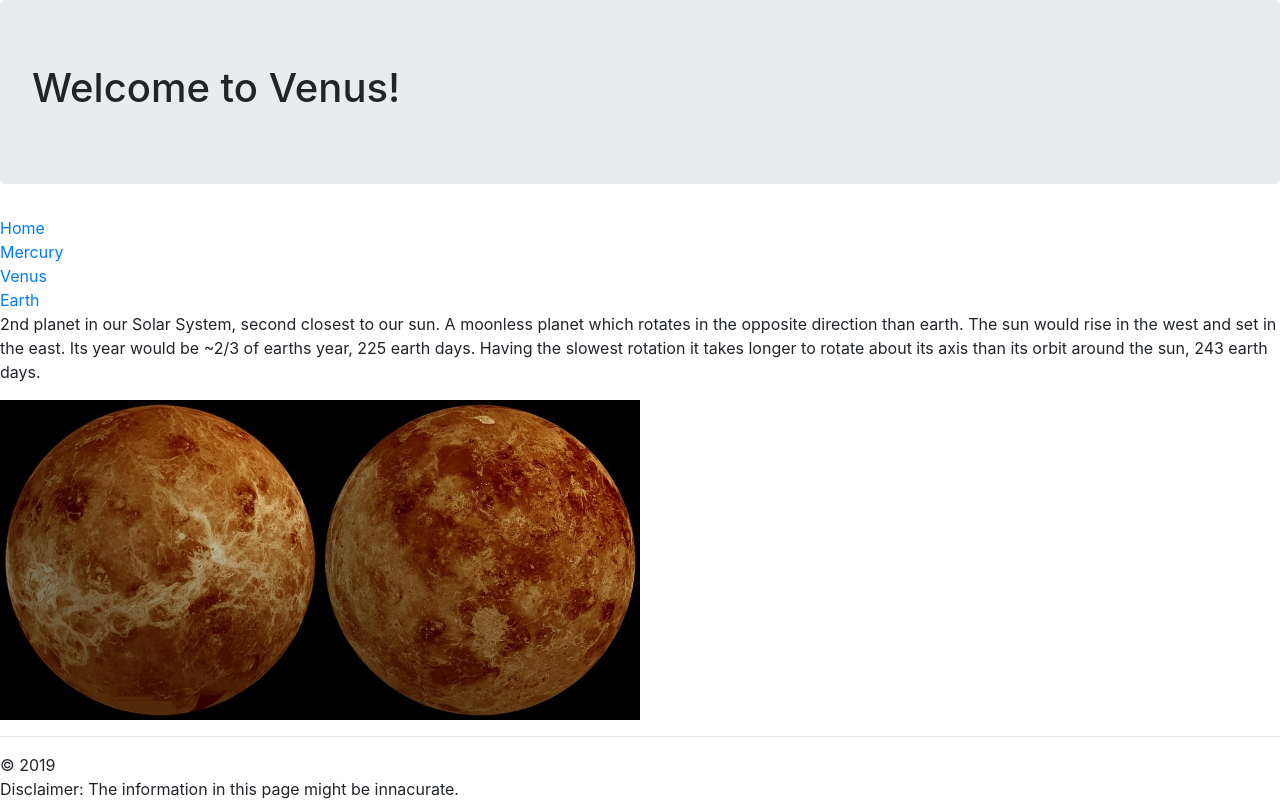
Repository: Voraphi/cst336-solar-systems
Page: http://localhost/venus
The author's editor kept a record of every edit. The page is drawn from the files as they stood at one moment, then again after the next edit.
The browser window is 1280 px wide. The pictures show the whole page.
The page is served by the project's Node server (solar-systems/app.js).

Above is the page before.

After the next edit:
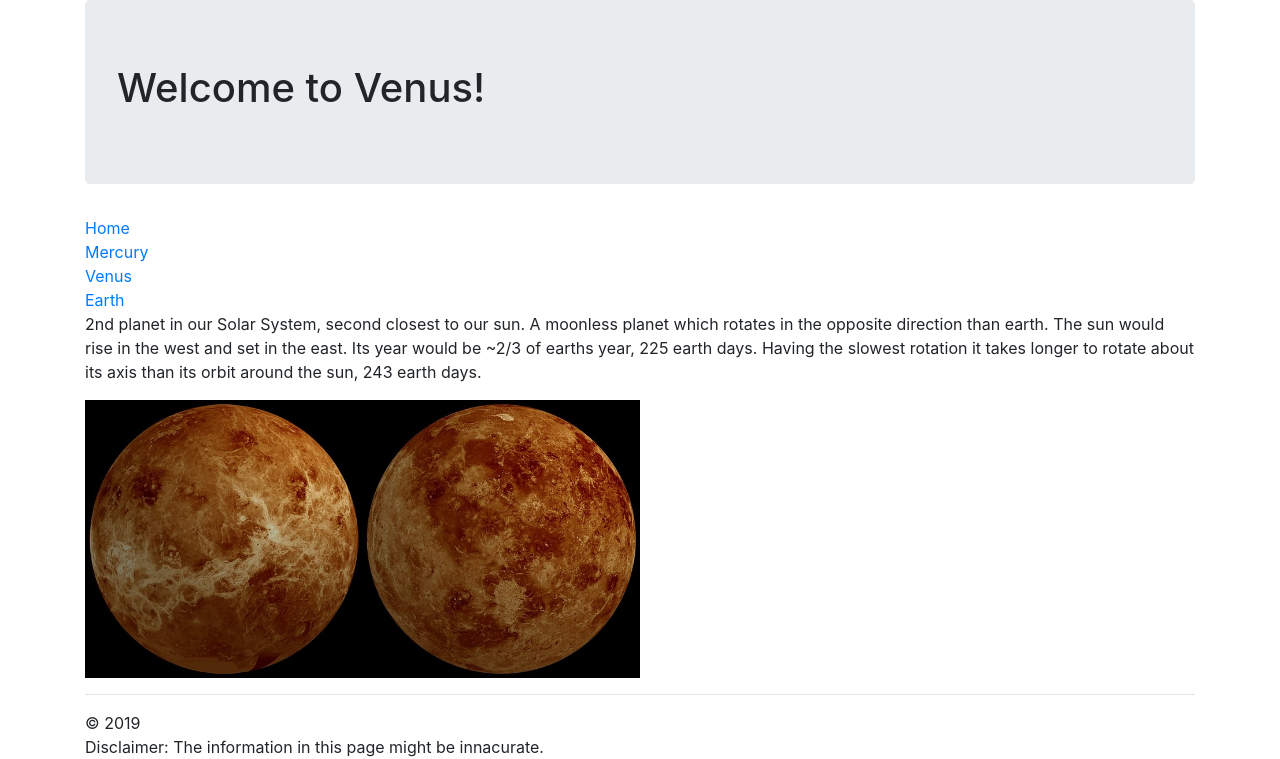
The edit:
--- a/solar-systems/views/partials/header.ejs
+++ b/solar-systems/views/partials/header.ejs
@@ -5,4 +5,4 @@
         <link rel="stylesheet" href="/css/styles.css" type="text/css" />
         <link href="https://stackpath.bootstrapcdn.com/bootstrap/4.4.0/css/bootstrap.min.css" rel="stylesheet" integrity="sha384-SI27wrMjH3ZZ89r4o+fGIJtnzkAnFs3E4qz9DIYioCQ5l9Rd/7UAa8DHcaL8jkWt" crossorigin="anonymous">
     </head>
-    <body>
+    <body class="container">
